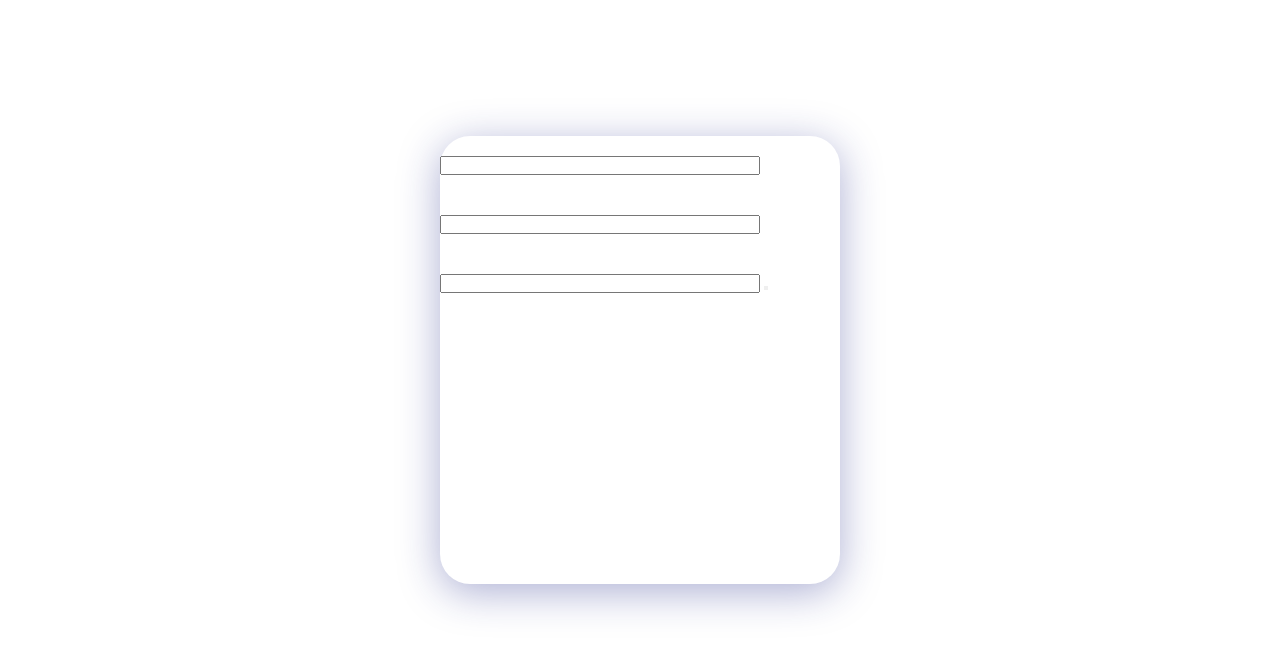
Repository: rkrukshan/Glass_Login_CSS
Page: login.html
An editor plug-in stored every save of this project. The page is shown before and after a run of saves, followed by the edit.
The browser window is 1280 px wide. The pictures show the whole page.

Above is the page before, as saved 2023-10-02 22:08:19.

After the next 2 saves:
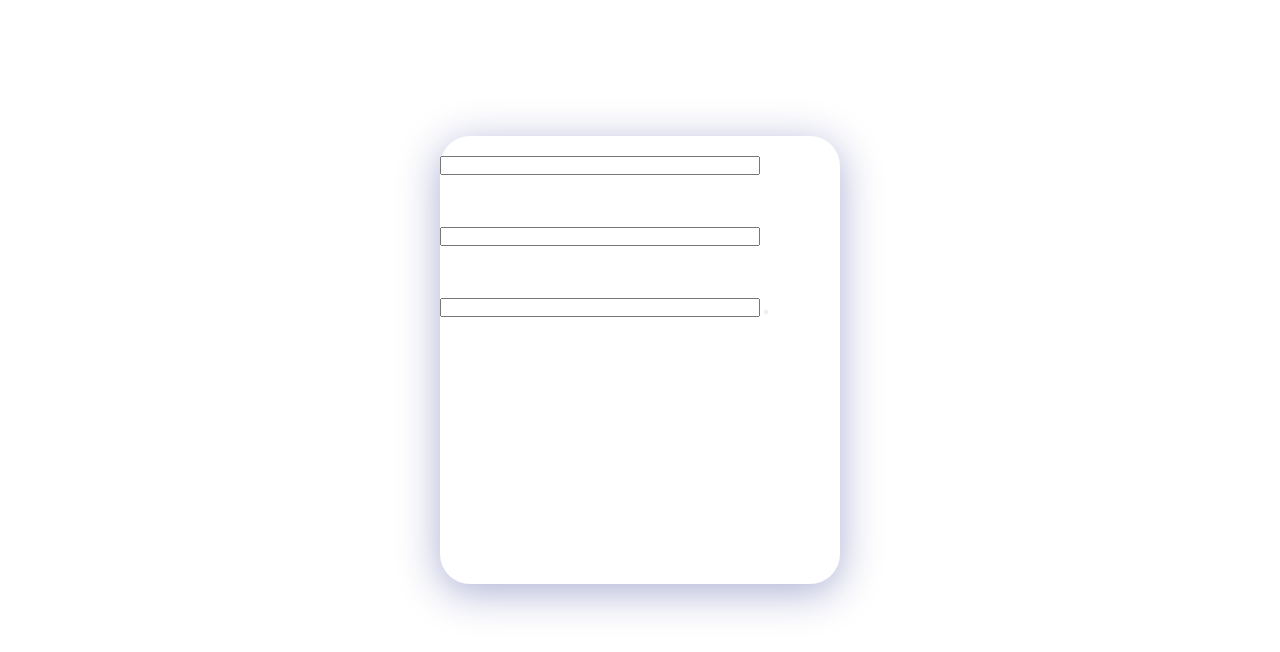
The 2 saves are shown as one change because they came seconds apart.
The last was saved 2 min 40 s later.
--- a/login.html
+++ b/login.html
@@ -32,7 +32,7 @@
     {
       width: 80%;
       margin: 5% auto;
-      margin-bottom: ;
+      margin-bottom: 8%;
     }
     </style>
     <meta charset="UTF-8">
